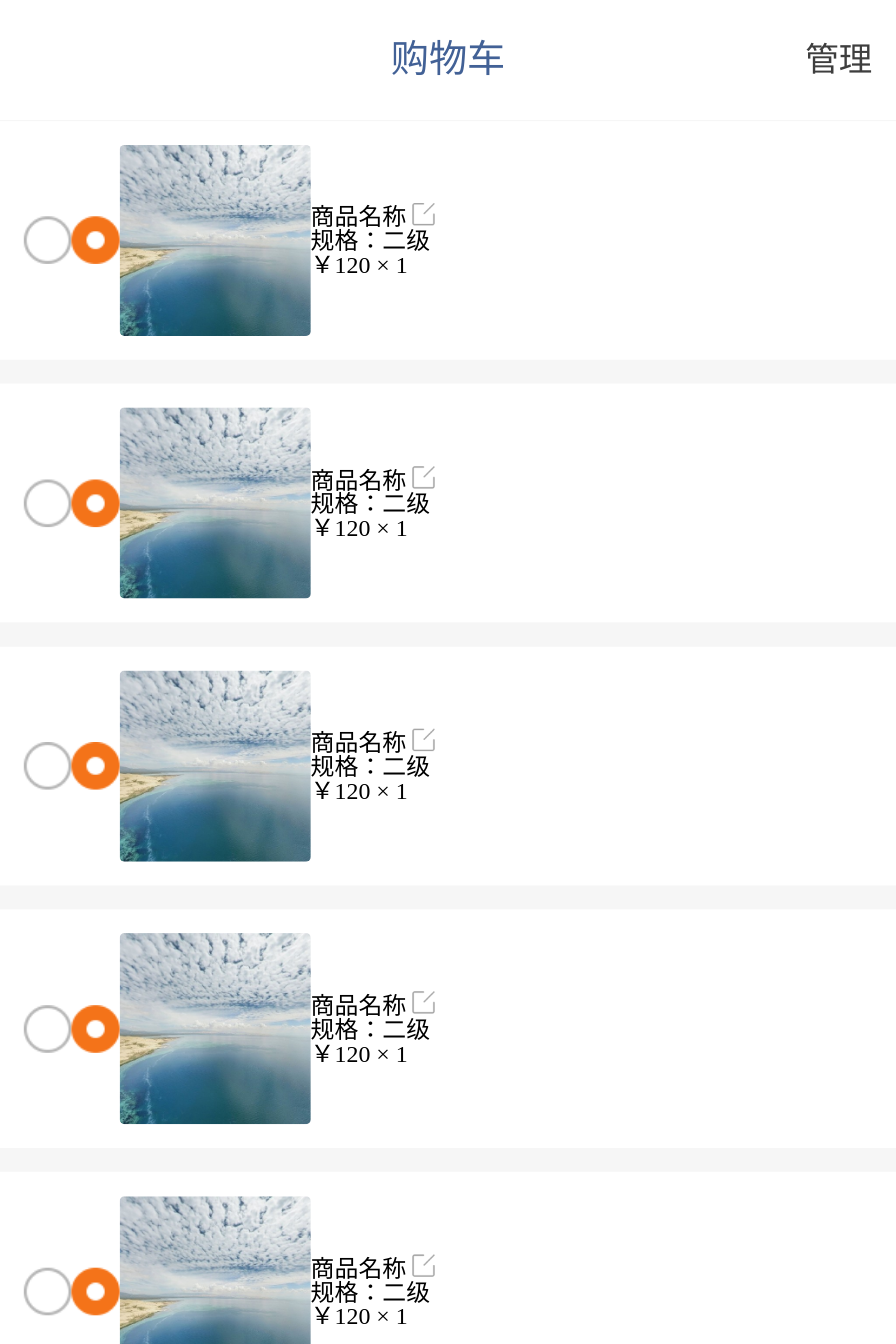
Repository: 421538074/sell
Page: consumer/shop-cart.html
The author's editor kept a copy of each file at every save. The page is drawn from the files as they stood at one save, then again after the next save.
The browser window is 1280 px wide. The pictures show the part of the page from y = 0 to 1920 px (the page is 4099 px tall before and 720 px after), at 70% of full size.

Above is the page before, as saved 2019-06-03 11:53:35.

After the next save:
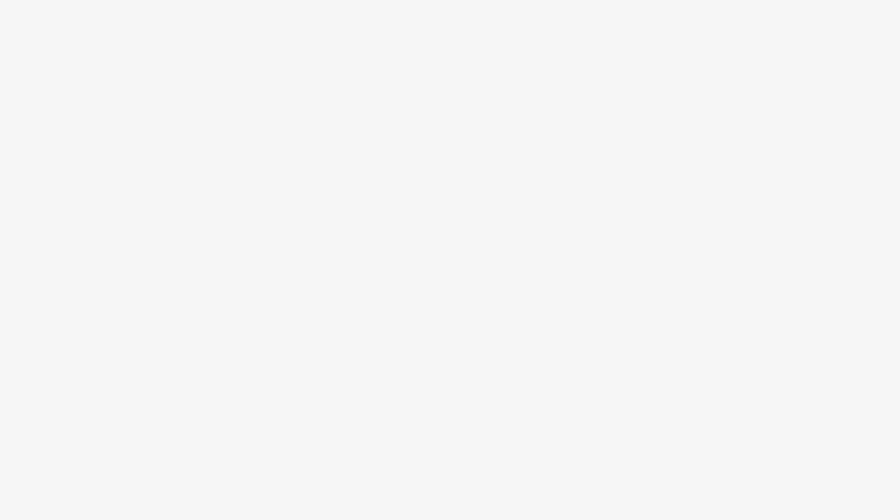
Saved 72 s later.
--- a/consumer/shop-cart.html
+++ b/consumer/shop-cart.html
@@ -19,7 +19,7 @@
         </nav>
         <!-- 购物车列表 -->
         <ul class="shop-cart-goods-list">
-            <li v-for="n in 10" class="shop-cart-item">
+            <li v-for="n in 10" class="shop-cart-item" :class="{active:isInList(n)}">
                 <span @click="triggerItem(n)" class="checkbox">
                     <img src="../img/select.png" class="select-icon">
                     <img src="../img/selected.png" class="select-icon">

After the 2 saves that followed:
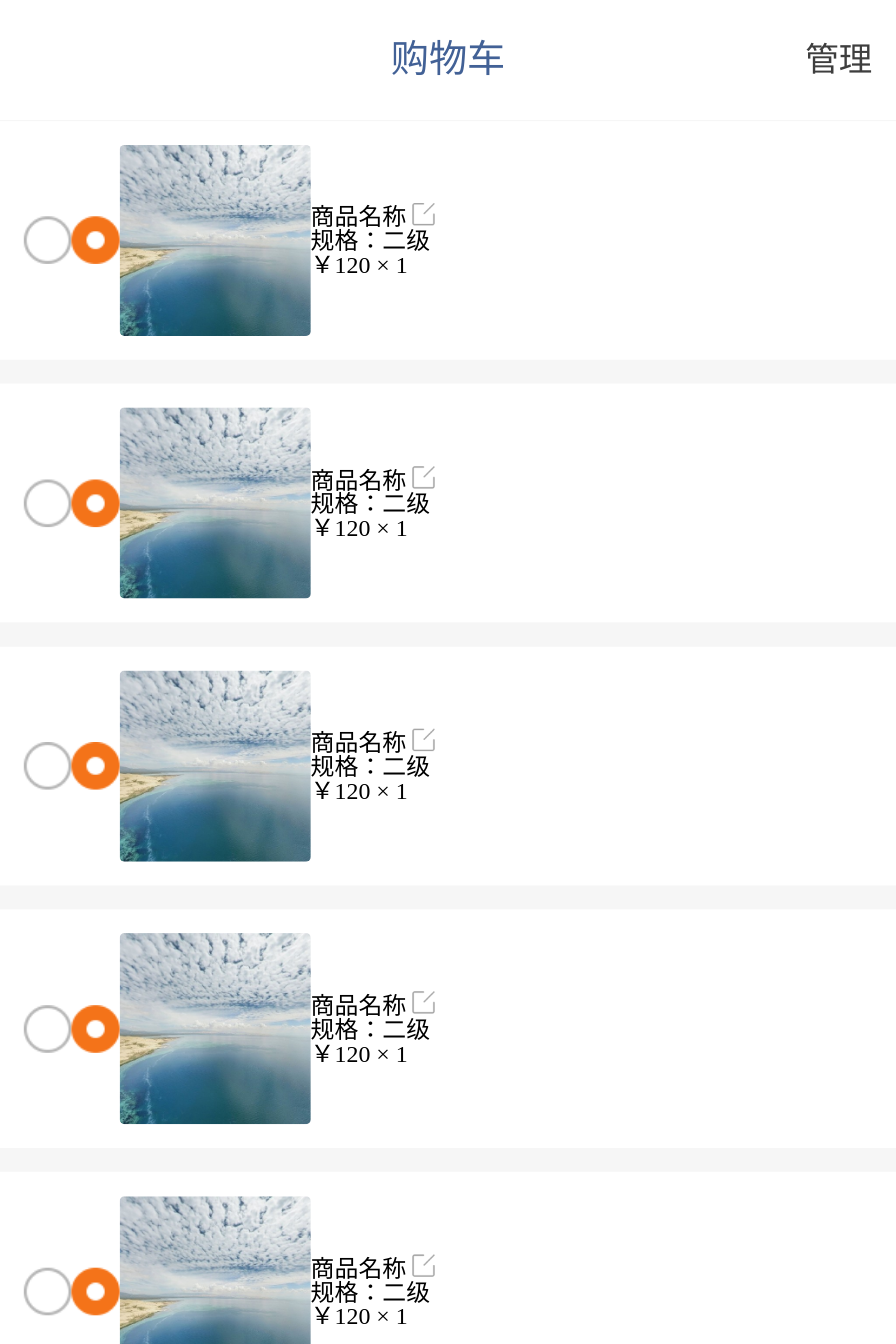
The 2 saves are shown as one change because 1 left the picture as it was.
The last was saved 49 s later.
--- a/consumer/js/shop-cart.js
+++ b/consumer/js/shop-cart.js
@@ -1,3 +1,14 @@
 new Vue({
-    el:'#app'
+    el:'#app',
+    data() {
+        return {
+
+        }
+    },
+    methods: {
+        isInList(n) {
+            console.log(n);
+            return true;
+        }
+    }
 });
